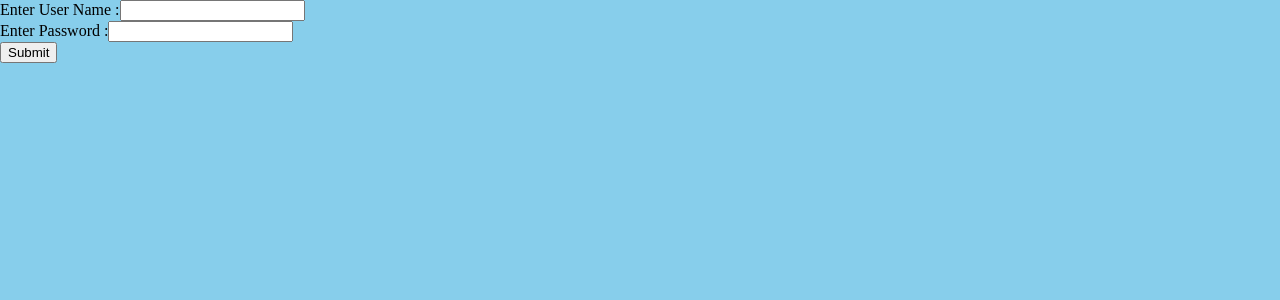
Repository: MyselfAman/Login_Page_Servlet
Page: http://localhost/Login_Page/login.jsp
An editor plug-in stored every save of this project. The page is shown before and after the next save, followed by the edit.
The browser window is 1280 px wide. The pictures show the whole page.
The page is served by Tomcat 9.

Above is the page before, as saved 2019-08-06 19:24:16.

After the next save:
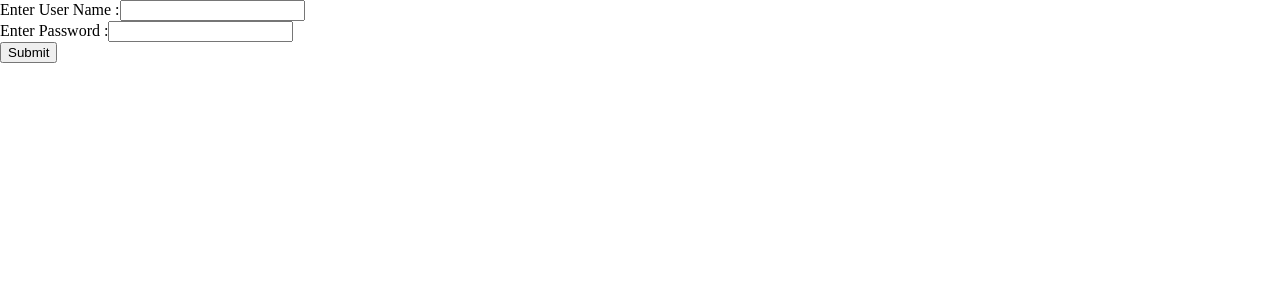
Not found: Login_Page/Login_Page/pic.jpg
Saved 4 min 27 s later.
--- a/Login_Page/WebContent/login.jsp
+++ b/Login_Page/WebContent/login.jsp
@@ -4,17 +4,19 @@
 <html>
 <head>
 <meta charset="ISO-8859-1">
-<title>Indism | Login</title>
+<title>LearnToCode | Login</title>
 <style>
 body{
- background-color:skyblue;
+ background-image:url(pic.jpg);
  margin: 0;
  padding: 0;
 }
+
+
 </style>
 </head>
 <body>
-	<form action="login">
+	<form action="login" class="login">
 	 Enter User Name :<input type="text" name="username" ><br>
 	  Enter Password :<input type="password" name="password"><br>
 	  <input type="submit">
